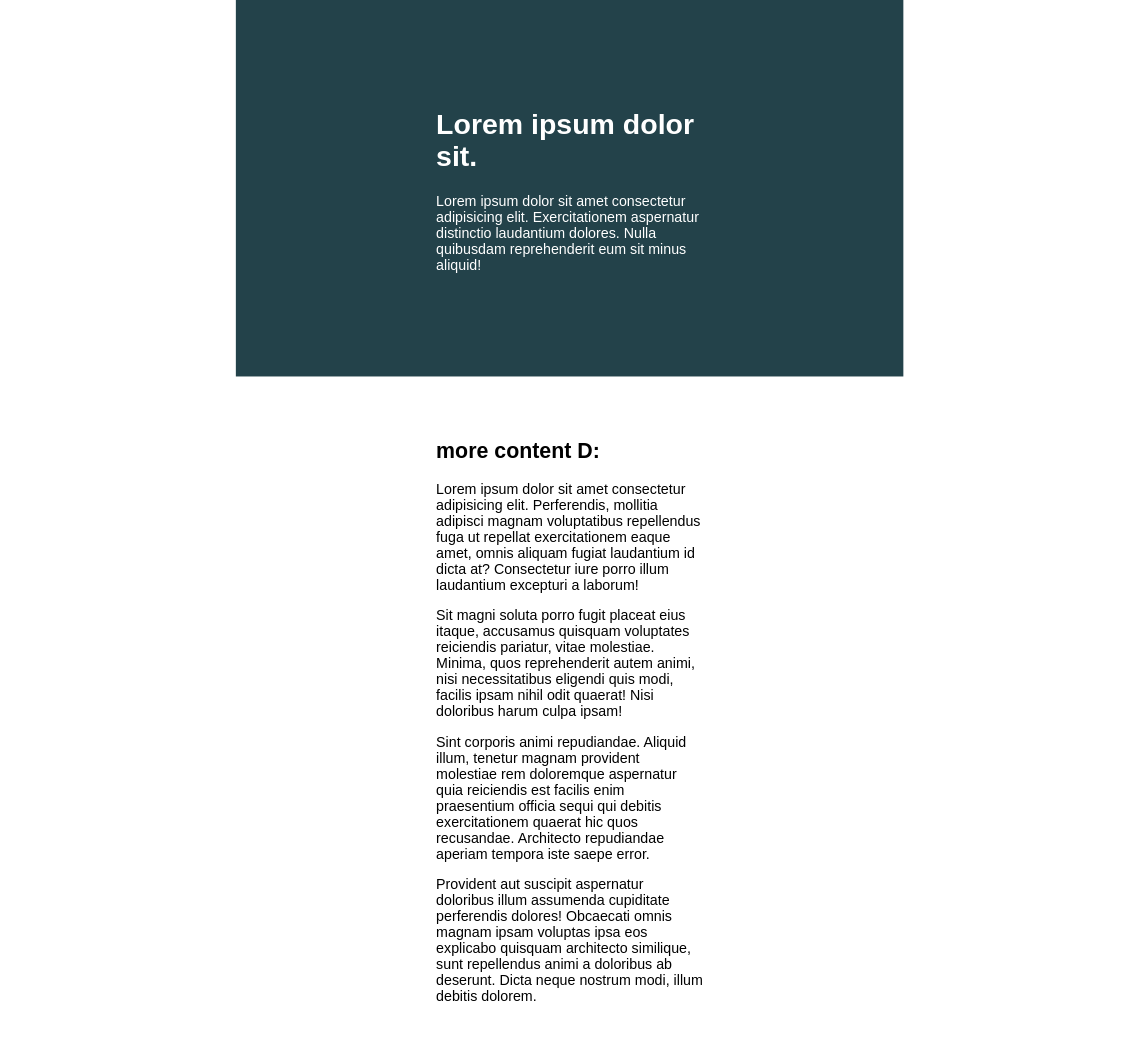
Repository: ufanodev/responsive-3
Page: index.html
An editor plug-in stored every save of this project. The page is shown before and after the next save, followed by the edit.
The browser window is 1280 px wide. The pictures show the whole page, at 89% of full size.

Above is the page before, as saved 2022-12-10 19:39:15.

After the next save:
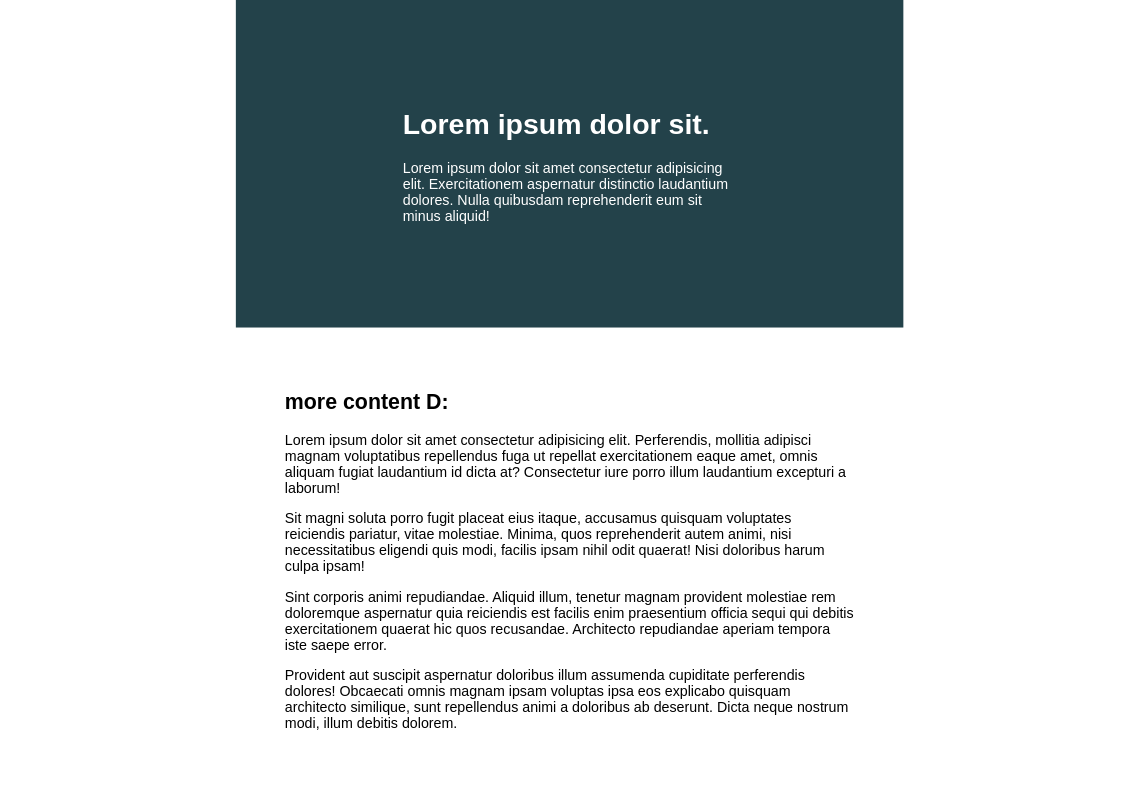
Saved 16 s later.
--- a/style.css
+++ b/style.css
@@ -34,7 +34,7 @@ body {
 
 .intro-content {
   width: 50%;
-  max-width: 300px;
+  max-width: 750px;
   margin: 0 auto;
   padding: 50px 0;
 }
